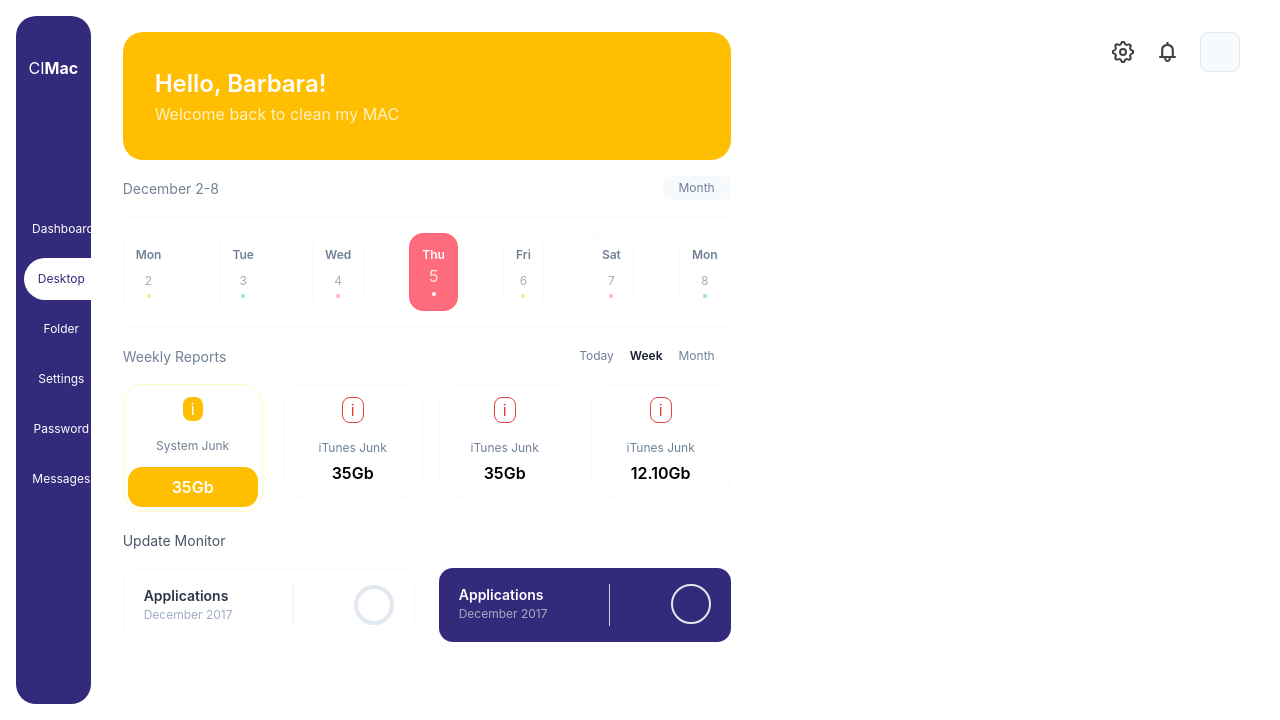
Repository: charleyvibez/experiment-Utility-software-UI
Page: index.html
An editor plug-in stored every save of this project. The page is shown before and after a run of saves, followed by the edit.
The browser window is 1280 px wide. The pictures show the whole page.

Above is the page before, as saved 2020-03-18 02:20:05.

### index.html
<!DOCTYPE html>
<html lang="en">
<head>
  <meta charset="UTF-8">
  <meta name="viewport" content="width=device-width, initial-scale=1.0">

  <link rel="stylesheet" href="tailwind.css">
  <link rel="stylesheet" href="index.css">
  <title>Document</title>
</head>
<body>
  <section class="flex">
     <aside class="w-1/12 p-4 h-screen">
      <div class="aside-container bg-gray-100 rounded-xl flex flex-col items-center h-full">
        <div class="logo pt-10 text-white">
          <h3>CI<span class="font-bold">Mac</span></h3>
        </div>

      <nav class="flex flex-col items-center text-xs mt-32 text-center text-white w-full pl-2">
        <div class="nav-item w-full pl-2 py-3 mb-2">Dashboard</div>
        <div class="nav-item w-full pl-2 py-3 mb-2 active-nav">Desktop</div>
        <div class="nav-item w-full pl-2 py-3 mb-2">Folder</div>
        <div class="nav-item w-full pl-2 py-3 mb-2">Settings</div>
        <div class="nav-item w-full pl-2 py-3 mb-2">Password</div>
        <div class="nav-item w-full pl-2 py-3 mb-2">Messages</div>
      </nav>
      </div>

    </aside>

  <main class="w-6/12 px-4 pt-8">
    <div class="main-container">
      <div class="hello p-8 h-32 yellow-bg rounded-xl flex flex-col justify-center">
        <h1 class="text-2xl font-semibold text-white">Hello, Barbara!</h1>
        <p class="yellow-text-support">Welcome back to clean my MAC</p>
      </div>
      <div class="date">
        <div class="heading flex justify-between border-b border-gray-100 py-4">
          <div class="heading-date-range">
            <Span class="text-sm text-gray-600"> December 2-8</Span>
          </div>
          <div class="heading-month bg-gray-100 px-4 rounded-lg flex items-center">
            <span class="inline-block text-xs text-gray-600">Month</span>
          </div>
        </div>
        <div class="days flex justify-between py-4  border-b border-gray-100">
          <div class="day flex flex-col items-center py-3 px-3 border border-gray-100 rounded-lg">
            <h3 class="font-semibold text-xs text-gray-600">Mon</h3>
            <span class="text-gray-500 text-xs mt-2">2</span>
            <span class="w-1 h-1 bg-yellow-300 rounded-full mt-1"></span>
          </div>
          <div class="day flex flex-col items-center py-3 px-3 border border-gray-100 rounded-lg">
            <h3 class="font-semibold text-xs text-gray-600">Tue</h3>
            <span class="text-gray-500 text-xs mt-2">3</span>
            <span class="w-1 h-1 bg-green-300 rounded-full mt-1"></span>
          </div>
          <div class="day flex flex-col items-center py-3 px-3 border border-gray-100 rounded-lg">
            <h3 class="font-semibold text-xs text-gray-600">Wed</h3>
            <span class="text-gray-500 text-xs mt-2">4</span>
            <span class="w-1 h-1 bg-red-300 rounded-full mt-1"></span>
          </div>
          <div class="day flex flex-col items-center py-3 px-3 border border-gray-100 rounded-lg active-day">
            <h3 class="font-semibold text-xs">Thu</h3>
            <span class="inline-block text-white day-number">5</span>
            <span class="inline-block w-1 h-1 bg-yellow-300 rounded-full mt-1 day-indicator"></span>
          </div>
          <div class="day flex flex-col items-center py-3 px-3 border border-gray-100 rounded-lg">
            <h3 class="font-semibold text-xs text-gray-600">Fri</h3>
            <span class="text-gray-500 text-xs mt-2">6</span>
            <span class="w-1 h-1 bg-yellow-300 rounded-full mt-1"></span>
          </div>
          <div class="day flex flex-col items-center py-3 px-3 border border-gray-100 rounded-lg">
            <h3 class="font-semibold text-xs text-gray-600">Sat</h3>
            <span class="text-gray-500 text-xs mt-2">7</span>
            <span class="w-1 h-1 bg-red-300 rounded-full mt-1"></span>
          </div>
          <div class="day flex flex-col items-center py-3 px-3 border border-gray-100 rounded-lg">
            <h3 class="font-semibold text-xs text-gray-600">Mon</h3>
            <span class="text-gray-500 text-xs mt-2">8</span>
            <span class="w-1 h-1 bg-green-300 rounded-full mt-1"></span>
          </div>
        </div>
      </div>

       <div class="Reports">
        <div class="heading flex justify-between py-4">
          <div class="heading-date-range">
            <Span class="font-normal text-sm text-gray-600"> Weekly Reports</Span>
          </div>
          <div class="heading-reports  px-4 rounded-lg flex items-center">
            <span class="inline-block text-gray-600 text-xs">Today</span>
            <span class="inline-block text-gray-900 ml-4 text-xs font-semibold">Week</span>
            <span class="inline-block text-gray-600 ml-4 text-xs">Month</span>
          </div>


        </div>
        <div class="junks flex items-start">
          <div class="system-junk w-1/4  flex items-center pr-3">
           <div class="bg-white rounded-xl flex flex-col items-center border border-yellow-200 w-full px-1 pt-3 pb-1 ">
             <span class="junk-icon inline-block px-2 text-white mb-4 rounded-lg yellow-bg">
              i
            </span>
            <h6 class="text-xs mb-3 text-gray-600">System Junk</h6>
            <span class="inline-block yellow-bg px-5 py-2 text-center rounded-semi-xl text-white font-semibold w-full">35Gb</span>
           </div>
          </div>
          <div class="itunes-junk w-1/4 flex items-center pl-2 pr-1">
           <div class="bg-white rounded-xl flex flex-col items-center border border-gray-100 w-full px-1 py-3">
             <span class="junk-icon inline-block px-2 border border-red-600 text-red-600 mb-4 rounded-lg">
              i
            </span>
            <h6 class="text-xs mb-1 text-gray-600">iTunes Junk</h6>
            <span class="inline-block text-center rounded-semi-xl font-semibold w-full">35Gb</span>
           </div>
          </div>
          <div class="itunes-junk w-1/4 flex items-center pl-3 pr-2">
           <div class="bg-white rounded-xl flex flex-col items-center border border-gray-100 w-full px-1 py-3">
             <span class="junk-icon inline-block px-2 border border-red-600 text-red-600 mb-4 rounded-lg">
              i
            </span>
            <h6 class="text-xs mb-1 text-gray-600">iTunes Junk</h6>
            <span class="inline-block text-center rounded-semi-xl font-semibold w-full">35Gb</span>
           </div>
          </div>
          <div class="itunes-junk w-1/4 flex items-center pl-3">
           <div class="bg-white rounded-xl flex flex-col items-center border border-gray-100 w-full px-1 py-3">
             <span class="junk-icon inline-block px-2 border border-red-600 text-red-600 mb-4 rounded-lg">
              i
            </span>
            <h6 class="text-xs mb-1 text-gray-600">iTunes Junk</h6>
            <span class="inline-block text-center rounded-semi-xl font-semibold w-full">12.10Gb</span>
           </div>
          </div>
        </div>

       </div>

       <div class="system-status">
          <div class="heading flex flex-col justify-between py-4">
          <div class="heading-date-range">
            <Span class="font-normal text-sm text-gray-700"> Update Monitor</Span>
          </div>
          <div class="flex justify-between mt-4">

            <div class="w-3/6 py-4 px-5 flex justify-between border border-gray-100 rounded-semi-xl mr-3">
              <div>
                <h3  class="text-sm text-gray-800 font-semibold">Applications</h3>
              <p  class="text-xs text-gray-500">December 2017</p>
              </div>
               <hr class="h-full w-thin bg-gray-200">
               <div class="w-10 h-10 border-4 rounded-full"></div>
            </div>
            <div class="w-3/6 py-4 px-5 flex justify-between indigo-bg rounded-semi-xl ml-3">
              <div>
                <h3  class="text-sm text-white font-semibold">Applications</h3>
              <p  class="text-xs text-gray-500">December 2017</p>
              </div>
               <hr class="h-full w-thin bg-gray-400">
               <div class="w-10 h-10 border-2 rounded-full"></div>
            </div>
          </div>


        </div>
       </div>
    </div>
  </main>

  <section class="right w-5/12 pl-6 pt-8">
    <div class="right-container flex flex-col items-end">
      <div class="header flex justify-end items-center pr-10">
        <span class="header-settings"><img src="icons/settings.svg" alt=""></span>
        <span class="header-settings ml-6">
          <img src="icons/notification_bell.svg" alt="">
        </span>
        <span class="header-settings w-10 h-10 bg-gray-100 rounded-lg border ml-6">
          <img src="" alt="">
      </div>

      <div class="side-function w-full">

      </div>
    </div>

  </section>
</section>

</body>
</html>

### index.css
* {
  margin: 0;
  padding: 0;
  box-sizing: border-box;
}

.aside-container {
  background: #332a7b;
}
.active-nav {
  position: relative;
  background:white;
  color: #332a7b;
  border-bottom-left-radius: 30px;
  border-top-left-radius: 30px;
}

/* .active-nav:before {
  position: absolute;
  content: '';
  height: 30px;
  width: 30px;
  border-radius: 50%;
  top: -25px;
  right: 0;
  background: #332a7b;
} */

.rounded-xl {
  border-radius: 20px
}
.rounded-semi-xl {
  border-radius: 14px
}

.w-thin {
  width: 1px;
}

.indigo-bg {
  background: #332a7b;
}

.yellow-bg {
  background: #ffbf00;
}
.yellow-text-support {
  color: #fff1c5
}

.day {
  border-radius: 14px;
}

.active-day {
  background: #ff6c7d;
  border: 1px solid #ff6173
}

.active-day h3 {
  color: white;
  ;
}
.active-day .day-number {
  color: #ffe4e7;
}
.active-day .day-indicator {
  background: white;
}

Loaded but not shown: tailwind.css (library)

After the next 7 saves:
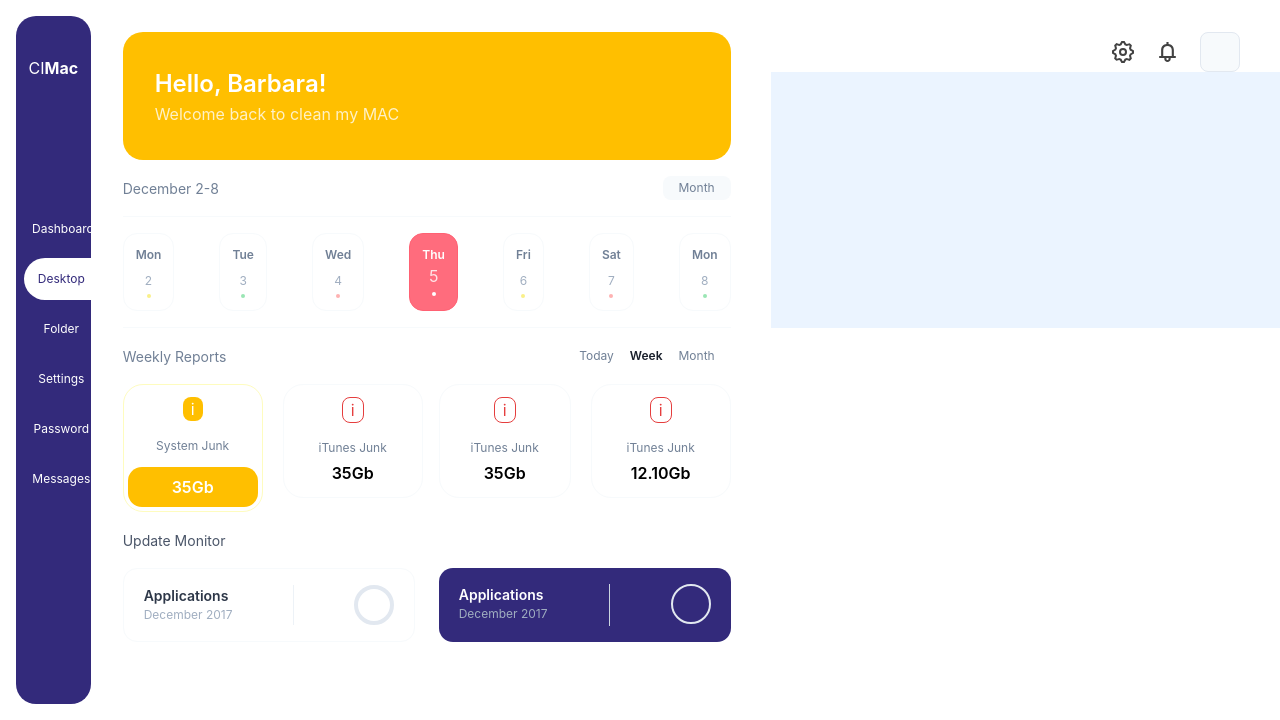
The 7 saves are shown as one change because they came seconds apart.
The last was saved 20 s later.
--- a/index.html
+++ b/index.html
@@ -178,7 +178,7 @@
           <img src="" alt="">
       </div>
 
-      <div class="side-function w-full">
+      <div class="side-function w-full bg-indigo-100 h-64">
 
       </div>
     </div>
